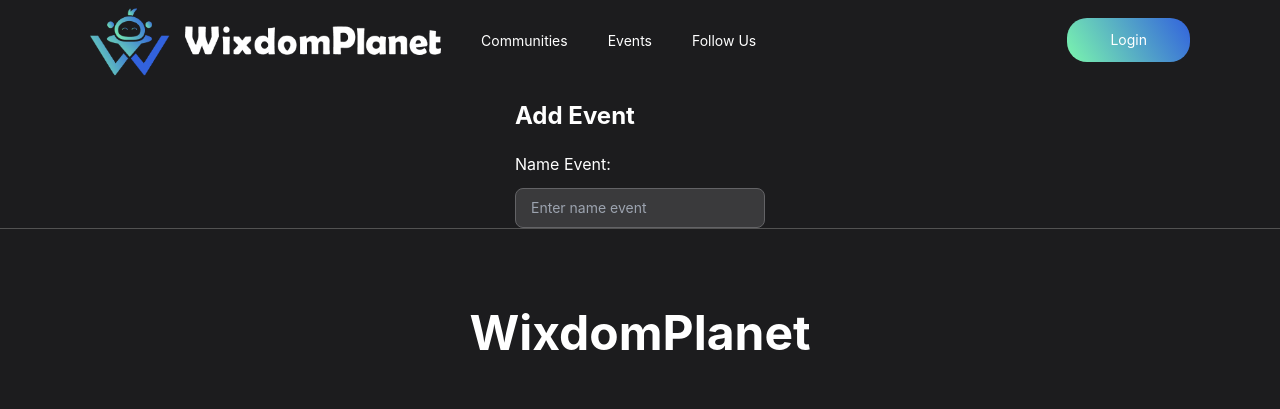
Repository: haudnn/WixdomPlanet-demo
Page: /add
The author's editor kept a copy of each file at every save. The page is drawn from the files as they stood at one save, then again after the next save.
The browser window is 1280 px wide. The pictures show the whole page.
The project was rebuilt for these pictures with package versions that can differ from the ones it lists, and the page was loaded fresh each time. Also part of the build but not shown: vite.config.js, src/App.css, src/features/Event/components/EventItem.jsx, src/features/Event/page/Event.jsx, src/features/Home.jsx.

Above is the page before, as saved 2023-02-03 11:52:47.

After the next save:
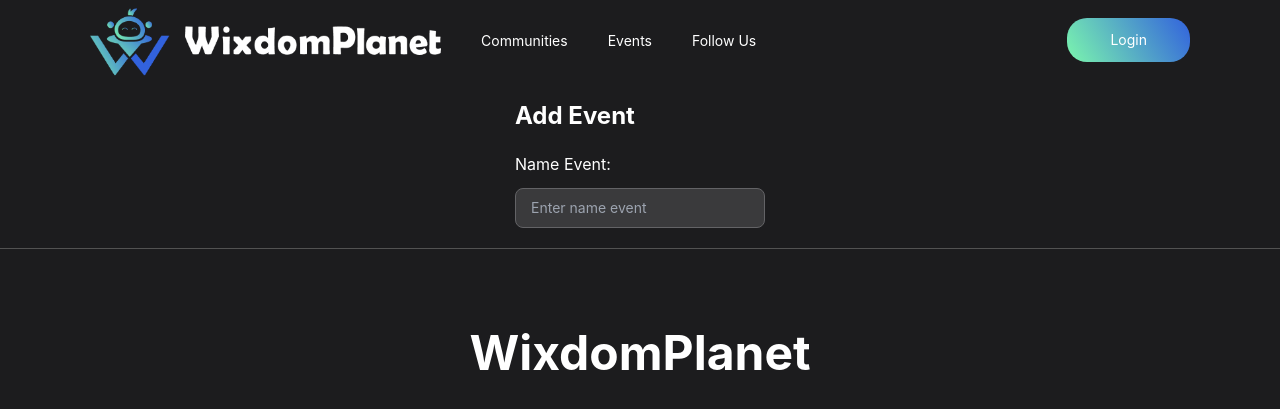
Saved 10 s later.
--- a/src/features/Event/page/AddEvent.jsx
+++ b/src/features/Event/page/AddEvent.jsx
@@ -2,7 +2,7 @@ import React from "react";
 
 const AddEvent = () => {
   return (
-    <section className="add flex items-center justify-center mt-5">
+    <section className="add flex items-center justify-center my-5">
       <div>
         <p className="font-bold text-2xl text-white">Add Event</p>
         <div className="form mt-5">
